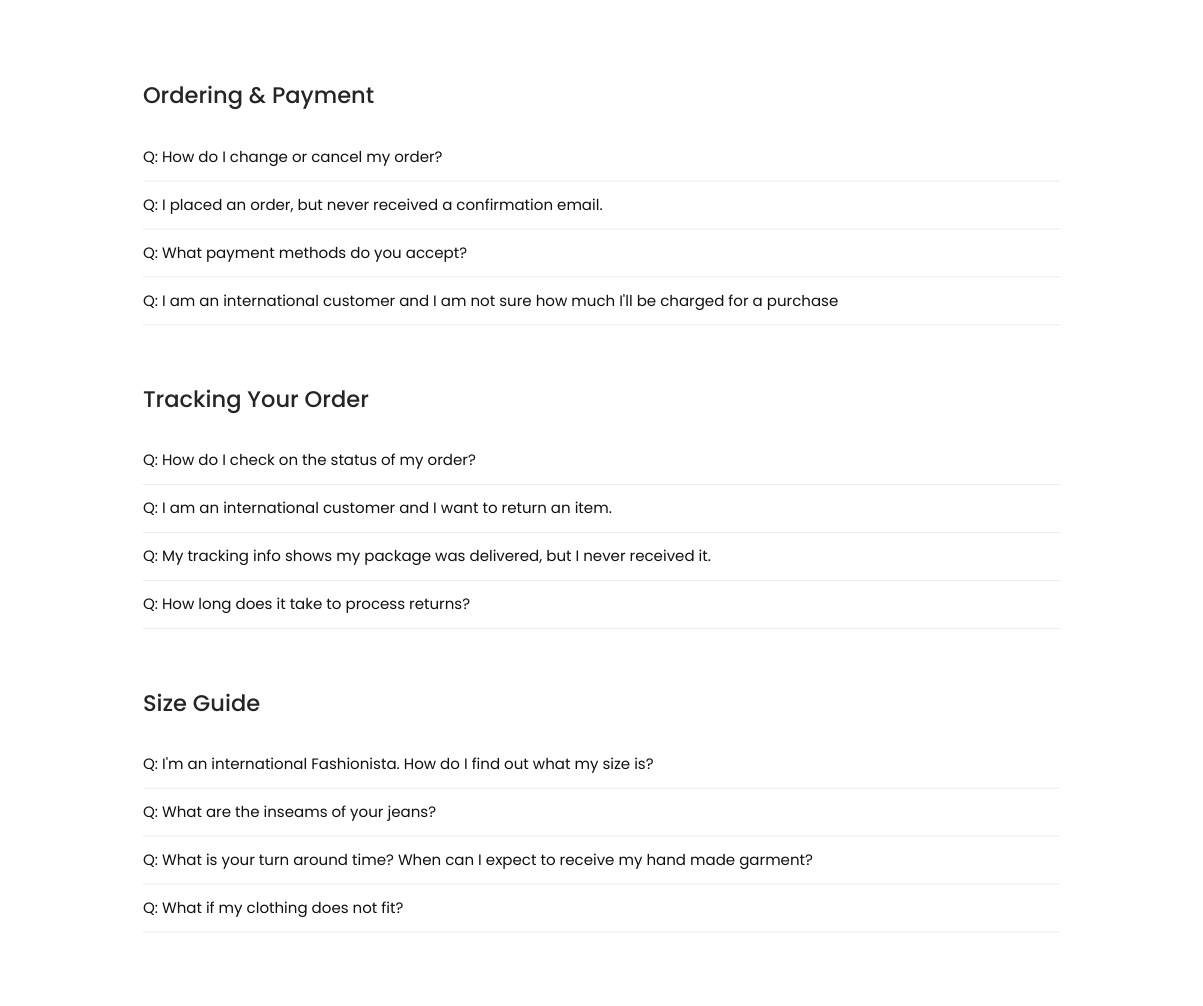
Repository: ST-United-Internship/Modaz-4life
Page: FaQ/FAQ.html
The author's editor kept a copy of each file at every save. The page is drawn from the files as they stood at one save, then again after the next save.
The browser window is 1280 px wide. The pictures show the whole page, at 94% of full size.

Above is the page before, as saved 2023-03-22 17:32:31.

After the next save:
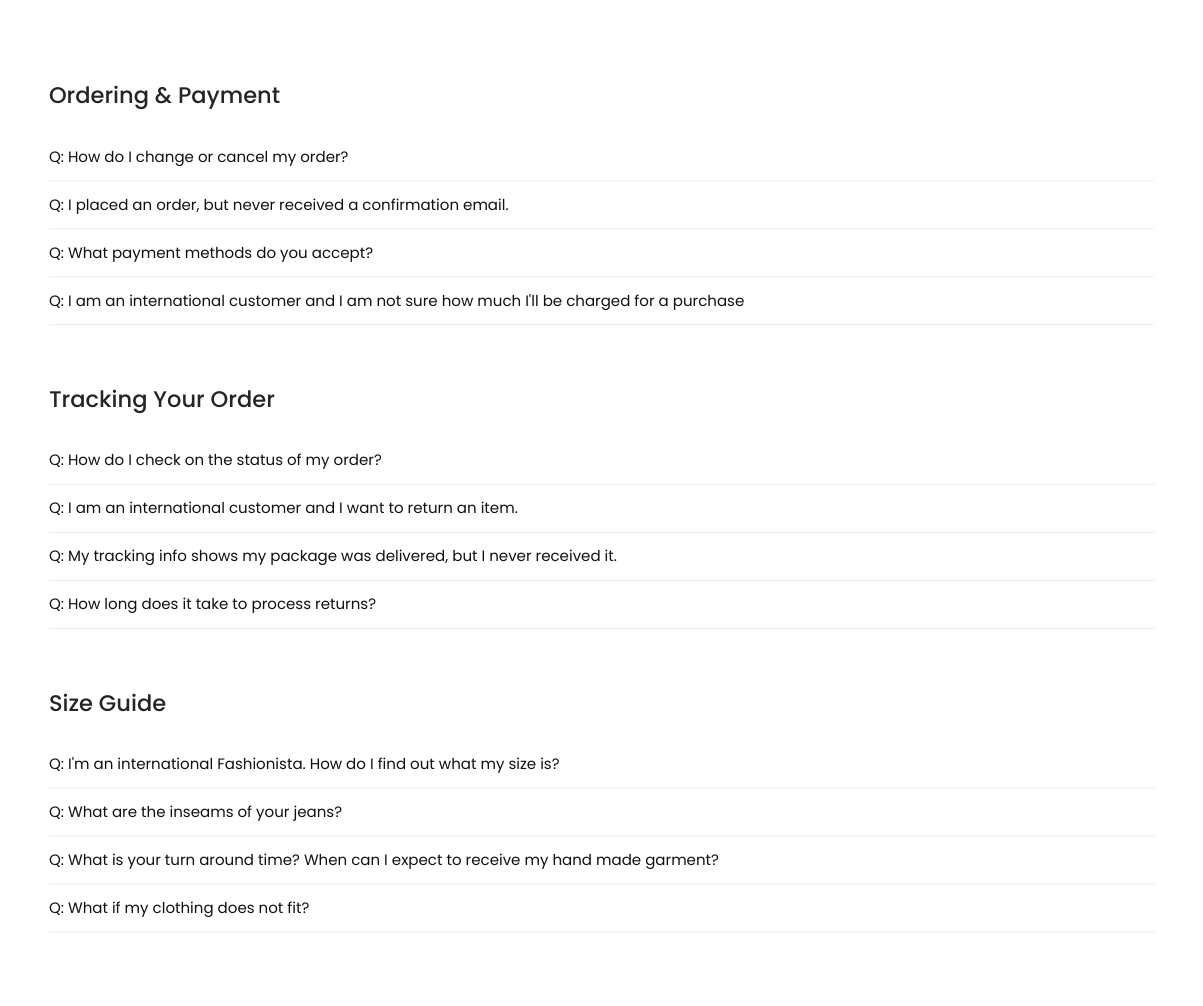
Saved 61 s later.
--- a/FaQ/FAQ.css
+++ b/FaQ/FAQ.css
@@ -27,7 +27,7 @@
 .container{
     position: relative;
     margin: 0 auto;
-    max-width: 1000px !important;
+    max-width: 1200px !important;
 }
 
 .loaded{
